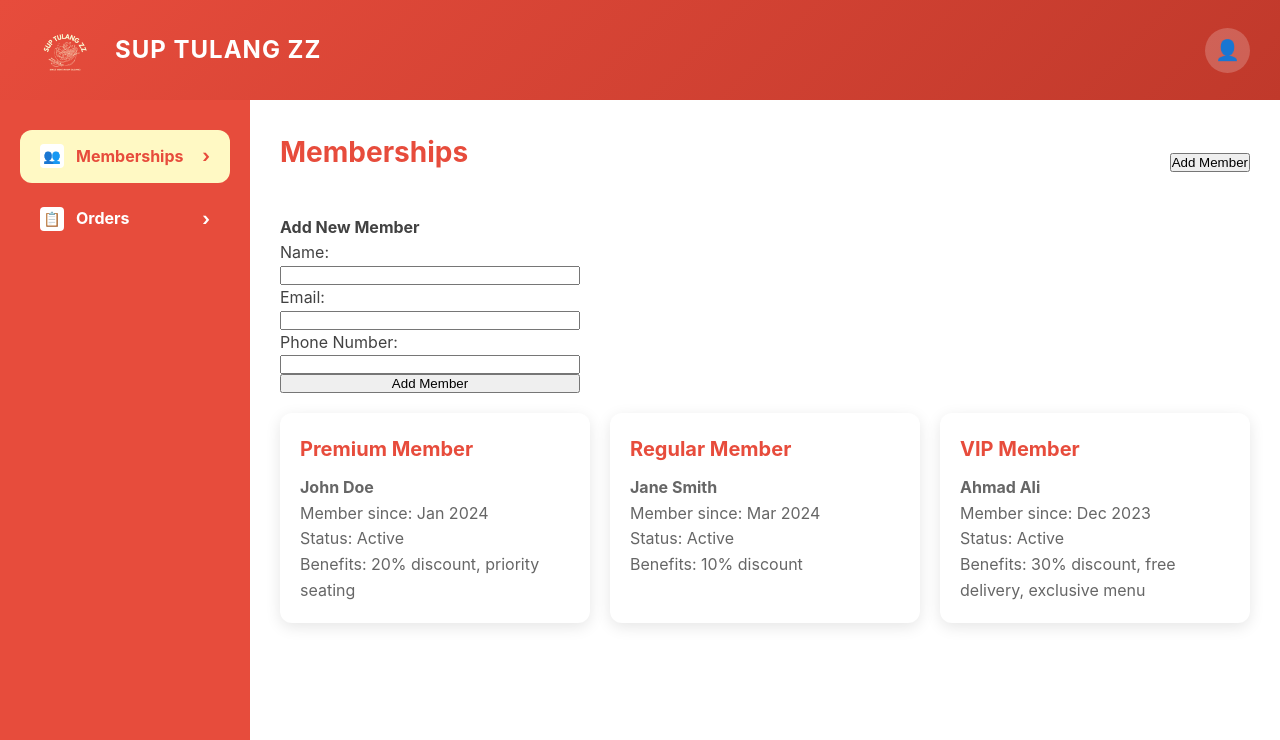
Repository: YIsheng2002/web-frontend
Page: view/Staff/dashboardstaff.html
The author's editor kept a copy of each file at every save. The page is drawn from the files as they stood at one save, then again after the next save.
The browser window is 1280 px wide. The pictures show the whole page.
An inner scrolling area shows only its first screen.

Above is the page before, as saved 2025-06-12 15:45:47.

### view/Staff/dashboardstaff.html
<!DOCTYPE html>
<html lang="en">

<head>
    <meta charset="UTF-8">
    <meta name="viewport" content="width=device-width, initial-scale=1.0">
    <title>SUP TULANG ZZ</title>
    <link rel="stylesheet" href="../Staff/assets/css/main.css">
    <link rel="stylesheet" href="../../assets/css/main.css">
    <link rel="stylesheet" href="./assets/css/dashboardStaff.css">
    <script src="./assets/javascript/dashboardStaff.js"></script>

</head>

<body>
    <!-- Header -->
    <header class="header">
        <div class="logo-section">
            <img src="../../assets/images/logo.png" alt="Logo" class="logo">
            <h1 class="brand-name">SUP TULANG ZZ</h1>
        </div>

        <div class="user-menu">
            <div class="user-avatar" onclick="toggleDropdown()">
                👤
            </div>
            <div class="dropdown-menu" id="userDropdown">
                <a href="#" class="dropdown-item" onclick="showProfile()">
                    👤 Profile
                </a>
                <a href="#" class="dropdown-item" onclick="showSettings()">
                    ⚙️ Settings
                </a>
                <a href="#" class="dropdown-item" onclick="showOrders()">
                    📋 Orders
                </a>
                <a href="#" class="dropdown-item" onclick="showReports()">
                    📊 Reports
                </a>
                <hr style="margin: 8px 0; border: none; border-top: 1px solid #eee;">
                <a href="#" class="dropdown-item danger" onclick="logout()">
                    🚪 Logout
                </a>
            </div>
        </div>
    </header>

    <div class=" dashboard-container">
        <!-- Sidebar -->
        <div class="sidebar">
            <ul class="sidebar-menu">
                <li class="sidebar-item">
                    <a href="#" class="sidebar-link active" onclick="showMembership(event)">
                        <div class="sidebar-icon">👥</div>
                        <span class="sidebar-text">Memberships</span>
                        <span class="sidebar-arrow">›</span>
                    </a>
                </li>
                <li class="sidebar-item">
                    <a href="#" class="sidebar-link" onclick="showOrders(event)">
                        <div class="sidebar-icon">📋</div>
                        <span class="sidebar-text">Orders</span>
                        <span class="sidebar-arrow">›</span>
                    </a>
                </li>
            </ul>
        </div>
        <!-- Main Content -->
        <div class="main-content active" id="membership">
            <div class="membership-header">
                <h3>Memberships</h3>
                <button class="add-member-btn" onclick="addMember()">Add Member</button>
            </div>

            <div id="membershipForm" class="membership-form hidden">
                <h4>Add New Member</h4>
                <form id="addMemberForm">
                    <div class="form-group">
                        <label for="memberName">Name:</label>
                        <input type="text" class="input-size" id="memberName" name="memberName" required>
                    </div>

                    <div class="form-group">
                        <label for="memberEmail">Email:</label>
                        <input type="email" class="input-size" id="memberEmail" name="memberEmail" required>
                    </div>

                    <div class="form-group">
                        <label for="memberphonenumber">Phone Number:</label>
                        <input type="phone number" class="input-size" id="memberphonenumber" name="memberphonenumber"required>
                        <button type="submit" class="input-size">Add Member</button>
                    </div>




                </form>

                <div class="membership-cards">
                    <div class="membership-card">
                        <div class="membership-title">Premium Member</div>
                        <div class="membership-details">
                            <p><strong>John Doe</strong></p>
                            <p>Member since: Jan 2024</p>
                            <p>Status: Active</p>
                            <p>Benefits: 20% discount, priority seating</p>
                        </div>
                    </div>
                    <div class="membership-card">
                        <div class="membership-title">Regular Member</div>
                        <div class="membership-details">
                            <p><strong>Jane Smith</strong></p>
                            <p>Member since: Mar 2024</p>
                            <p>Status: Active</p>
                            <p>Benefits: 10% discount</p>
                        </div>
                    </div>
                    <div class="membership-card">
                        <div class="membership-title">VIP Member</div>
                        <div class="membership-details">
                            <p><strong>Ahmad Ali</strong></p>
                            <p>Member since: Dec 2023</p>
                            <p>Status: Active</p>
                            <p>Benefits: 30% discount, free delivery, exclusive menu</p>
                        </div>
                    </div>
                </div>
            </div>
            <div class="main-content" id="orders">
                <h3>Orders</h3>
                <div class="order-list">
                    <div class="order-item">
                        <span class="order-id">Order #12345</span>
                        <span class="order-status pending">Pending</span>
                    </div>
                    <div class="order-item">
                        <span class="order-id">Order #12346</span>
                        <span class="order-status completed">Completed</span>
                    </div>
                    <div class="order-item">
                        <span class="order-id">Order #12347</span>
                        <span class="order-status pending">Pending</span>
                    </div>
                    <div class="order-item">
                        <span class="order-id">Order #12348</span>
                        <span class="order-status cancelled">Cancelled</span>
                    </div>
                </div>
            </div>

</body>

</html>

### view/Staff/assets/css/main.css
* {
    margin: 0;
    padding: 0;
    box-sizing: border-box;
}

body {
    font-family: -apple-system, BlinkMacSystemFont, 'Segoe UI', Roboto, sans-serif;
    line-height: 1.6;
    color: #333;
    background-color: #f5f5f5;
}

.btn-primary {
    background: linear-gradient(135deg, #667eea 0%, #764ba2 100%);
    color: white;
    border: none;
    padding: 12px 24px;
    border-radius: 8px;
    font-size: 16px;
    font-weight: 600;
    cursor: pointer;
    transition: all 0.3s ease;
    width: 100%;
}

.btn-primary:hover {
    transform: translateY(-2px);
    box-shadow: 0 8px 25px rgba(102, 126, 234, 0.3);
}

.btn-primary:active {
    transform: translateY(0);
}

### assets/css/main.css
:root{
    --primary-color: #DE4345;
    --secondary-color: #F8FAD4;
    --white-color: #FFFFFF;
    --header-font-color: #212121;
    --header6-font-color: #424242;
    --light-red: #FF7877;
}

* {
    margin: 0;
    padding: 0;
    box-sizing: border-box;
}

body {
    font-family: -apple-system, BlinkMacSystemFont, 'Segoe UI', Roboto, sans-serif;
    line-height: 1.6;
    color: var(--header6-font-color);
    background-color: #f5f5f5;
}

.btn-primary {
    background: linear-gradient(135deg, var(--primary-color) 0%, var(--light-red) 100%);
    color: white;
    border: none;
    padding: 12px 24px;
    border-radius: 8px;
    font-size: 16px;
    font-weight: 600;
    cursor: pointer;
    transition: all 0.3s ease;
    width: 100%;
}

.btn-primary:hover {
    transform: translateY(-5px);
    box-shadow: 0 8px 25px rgba(253, 114, 92, 0.22);
}

.btn-primary:active {
    transform: translateY(0);
}

/* Header Styles */
.header {
    background: linear-gradient(135deg, #e74c3c, #c0392b);
    color: white;
    padding: 15px 30px;
    display: flex;
    justify-content: space-between;
    align-items: center;
    box-shadow: 0 2px 10px rgba(0,0,0,0.1);
}

.logo-section {
    display: flex;
    align-items: center;
    gap: 15px;
}

.logo {
    width: 70px;
    height: 70px;
    display: flex;
    align-items: center;
    justify-content: center;
    font-weight: bold;
    font-size: 18px;
}

.brand-name {
    font-size: 28px;
    font-weight: bold;
    letter-spacing: 1px;
}

### view/Staff/assets/css/dashboardStaff.css
/* Reset and Base Styles - Using your main.css */


.brand-name {
    color: white;
    font-size: 24px;
    font-weight: bold;
}

/* User Menu */
.user-menu {
    position: relative;
}

.user-avatar {
    width: 45px;
    height: 45px;
    background: rgba(255, 255, 255, 0.2);
    border-radius: 50%;
    display: flex;
    align-items: center;
    justify-content: center;
    cursor: pointer;
    transition: all 0.3s ease;
    font-size: 20px;
    color: white;
}

.user-avatar:hover {
    background: rgba(255, 255, 255, 0.3);
    transform: scale(1.05);
}

.dropdown-menu {
    position: absolute;
    top: 100%;
    right: 0;
    background: white;
    border-radius: 12px;
    box-shadow: 0 10px 30px rgba(0, 0, 0, 0.15);
    padding: 12px 0;
    min-width: 180px;
    opacity: 0;
    visibility: hidden;
    transform: translateY(-10px);
    transition: all 0.3s ease;
    z-index: 1000;
    margin-top: 10px;
}

.dropdown-menu.show {
    opacity: 1;
    visibility: visible;
    transform: translateY(0);
}

.dropdown-item {
    display: block;
    padding: 12px 20px;
    color: #333;
    text-decoration: none;
    transition: background 0.3s ease;
    display: flex;
    align-items: center;
    gap: 10px;
}

.dropdown-item:hover {
    background: #f8f9fa;
}

.dropdown-item.danger:hover {
    background: #fee;
    color: #e74c3c;
}


/* Main Layout */
.dashboard-container {
    display: flex;
    height: calc(100vh - 80px);
}

/* Sidebar */
.sidebar {
    width: 250px;
    background-color: #e74c3c;
    padding: 20px 0;
}

.sidebar-menu {
    list-style: none;
    padding: 0;
    margin: 0;
}

.sidebar-item {
    margin: 10px 0;
    padding: 0 20px;
}

.sidebar-link {
    display: flex;
    align-items: center;
    justify-content: space-between;
    text-decoration: none;
    padding: 12px 20px;
    font-size: 16px;
    font-weight: bold;
    border-radius: 12px;
    transition: all 0.3s ease;
    color: #fff;
    background-color: transparent;
}

.sidebar-link:hover {
    background-color: rgba(255, 255, 255, 0.1);
}

.sidebar-link.active {
    background-color: #fff9c4;
    color: #e74c3c;
}

.sidebar-icon {
    width: 24px;
    height: 24px;
    margin-right: 12px;
    background: #fff;
    border-radius: 4px;
    display: flex;
    align-items: center;
    justify-content: center;
    font-size: 14px;
}

.sidebar-text {
    flex-grow: 1;
}

.sidebar-arrow {
    font-size: 18px;
    margin-left: 12px;
}

/* Main Content */
.main-content {
    flex: 1;
    padding: 30px;
    background: white;
    overflow-y: auto;
    display: none;
}

.main-content.active {
    display: block;
}

.main-content h3 {
    color: #e74c3c;
    margin-bottom: 20px;
    font-size: 28px;
}

/* Membership Content */
.membership-cards {
    display: grid;
    grid-template-columns: repeat(auto-fit, minmax(300px, 1fr));
    gap: 20px;
    margin-top: 20px;
}

.membership-card {
    background: white;
    border-radius: 12px;
    padding: 20px;
    box-shadow: 0 4px 15px rgba(0, 0, 0, 0.1);
    transition: transform 0.3s ease;
}

.membership-card:hover {
    transform: translateY(-5px);
}

.membership-title {
    font-size: 20px;
    font-weight: bold;
    color: #e74c3c;
    margin-bottom: 10px;
}

.membership-details {
    color: #666;
    line-height: 1.6;
}

/* Orders Content */
.order-list {
    margin-top: 20px;
}

.order-item {
    background: white;
    border-radius: 12px;
    padding: 20px;
    margin-bottom: 15px;
    box-shadow: 0 4px 15px rgba(0, 0, 0, 0.1);
    display: flex;
    justify-content: space-between;
    align-items: center;
    transition: transform 0.3s ease;
}

.order-item:hover {
    transform: translateY(-2px);
}

.order-id {
    font-weight: bold;
    color: #333;
}

.order-status {
    padding: 8px 16px;
    border-radius: 20px;
    font-size: 14px;
    font-weight: bold;
}

.order-status.pending {
    background: #fff3cd;
    color: #856404;
}

.order-status.completed {
    background: #d4edda;
    color: #155724;
}

.order-status.cancelled {
    background: #f8d7da;
    color: #721c24;
}

.membership-header {
    display: flex;
    justify-content: space-between;
    align-items: center;
    margin-bottom: 20px;
}

.add-membership-btn {
    background-color: #e74c3c;
    color:white;
    padding: 10px 20px;
    border: none;
    border-radius: 8px;
    font-size: 14px;
    font-weight: bold;
    cursor: pointer;
    transition: background-color 0.3s ease;
    float: right; /* This makes it right-aligned */
    margin-bottom: 20px;

}
.add-membership-btn:hover {
    background-color: #cf4436; /* slightly darker on hover */
}

.add-membership-btn:active {
    transform: translateY(1px);
}

.form-group {
    display: flex;
    flex-direction: column;
}
.input-size {
    width: 300px;
}


/* Responsive Design */
@media (max-width: 768px) {
    .dashboard-container {
        flex-direction: column;
    }

    .sidebar {
        width: 100%;
        height: auto;
        padding: 10px 0;
    }

    .sidebar-menu {
        display: flex;
        overflow-x: auto;
    }

    .sidebar-item {
        flex: 0 0 auto;
        margin: 0 5px;
    }

    .main-content {
        padding: 20px;
    }

    .membership-cards {
        grid-template-columns: 1fr;
    }
}

### view/Staff/assets/javascript/dashboardStaff.js
// Dropdown functionality
function toggleDropdown() {
    const dropdown = document.getElementById('userDropdown');
    dropdown.classList.toggle('show');
}

// Close dropdown when clicking outside
document.addEventListener('click', function (event) {
    const userMenu = document.querySelector('.user-menu');
    const dropdown = document.getElementById('userDropdown');

    if (!userMenu.contains(event.target)) {
        dropdown.classList.remove('show');
    }
});

// Page navigation
function showPage(pageId, clickedElement) {
    // Hide all pages
    document.querySelectorAll('.main-content').forEach(page => {
        page.classList.remove('active');
    });

    // Show selected page
    const targetPage = document.getElementById(pageId);
    if (targetPage) {
        targetPage.classList.add('active');
    }

    // Remove active class from all sidebar links
    document.querySelectorAll('.sidebar-link').forEach(link => {
        link.classList.remove('active');
    });

    // Add active class to clicked element
    if (clickedElement) {
        clickedElement.classList.add('active');
    }
}

// Sidebar navigation functions
function showMembership(event) {
    event.preventDefault();
    showPage('membership', event.currentTarget);
}

function showOrders(event) {
    event.preventDefault();
    showPage('orders', event.currentTarget);
}

// User menu actions
function showProfile() {
    alert('Profile page - Coming soon!');
    toggleDropdown();
}

function showSettings() {
    alert('Settings page - Coming soon!');
    toggleDropdown();
}

function showOrdersFromDropdown() {
    showPage('orders');
    // Also update sidebar active state
    document.querySelectorAll('.sidebar-link').forEach(link => {
        link.classList.remove('active');
    });
    const ordersLink = document.querySelector('[onclick="showOrders(event)"]');
    if (ordersLink) {
        ordersLink.classList.add('active');
    }
    toggleDropdown();
}

function showReports() {
    alert('Reports page - Coming soon!');
    toggleDropdown();
}

function logout() {
    if (confirm('Are you sure you want to logout?')) {
        alert('Logged out successfully!');
        // Add your logout logic here
        // For example: window.location.href = '/login.html';
    }
    toggleDropdown();
}

// Initialize dashboard when page loads
document.addEventListener('DOMContentLoaded', function() {
    console.log('Dashboard loaded successfully!');

    // You can add any initialization code here
    // For example, loading data from API, setting up event listeners, etc.
});

// Utility function to add new membership card
function addMembershipCard(memberData) {
    const membershipCards = document.querySelector('.membership-cards');
    const cardHTML = `
        <div class="membership-card">
            <div class="membership-title">${memberData.type} Member</div>
            <div class="membership-details">
                <p><strong>${memberData.name}</strong></p>
                <p>Member since: ${memberData.joinDate}</p>
                <p>Status: ${memberData.status}</p>
                <p>Benefits: ${memberData.benefits}</p>
            </div>
        </div>
    `;
    membershipCards.insertAdjacentHTML('beforeend', cardHTML);
}

// Utility function to add new order
function addOrderItem(orderData) {
    const orderList = document.querySelector('.order-list');
    const orderHTML = `
        <div class="order-item">
            <span class="order-id">Order #${orderData.id}</span>
            <span class="order-status ${orderData.status.toLowerCase()}">${orderData.status}</span>
        </div>
    `;
    orderList.insertAdjacentHTML('beforeend', orderHTML);
}

function handleAddMember(){
    const form = document.getElementById('addMemberForm');
    form.style.display = form.style.display === "none" ? "block" : "none";

}

// Example usage:
// addMembershipCard({
//     type: 'Gold',
//     name: 'Sarah Johnson',
//     joinDate: 'May 2024',
//     status: 'Active',
//     benefits: '25% discount, free appetizer'
// });

// addOrderItem({
//     id: '12349',
//     status: 'Completed'
// });

After the next save:
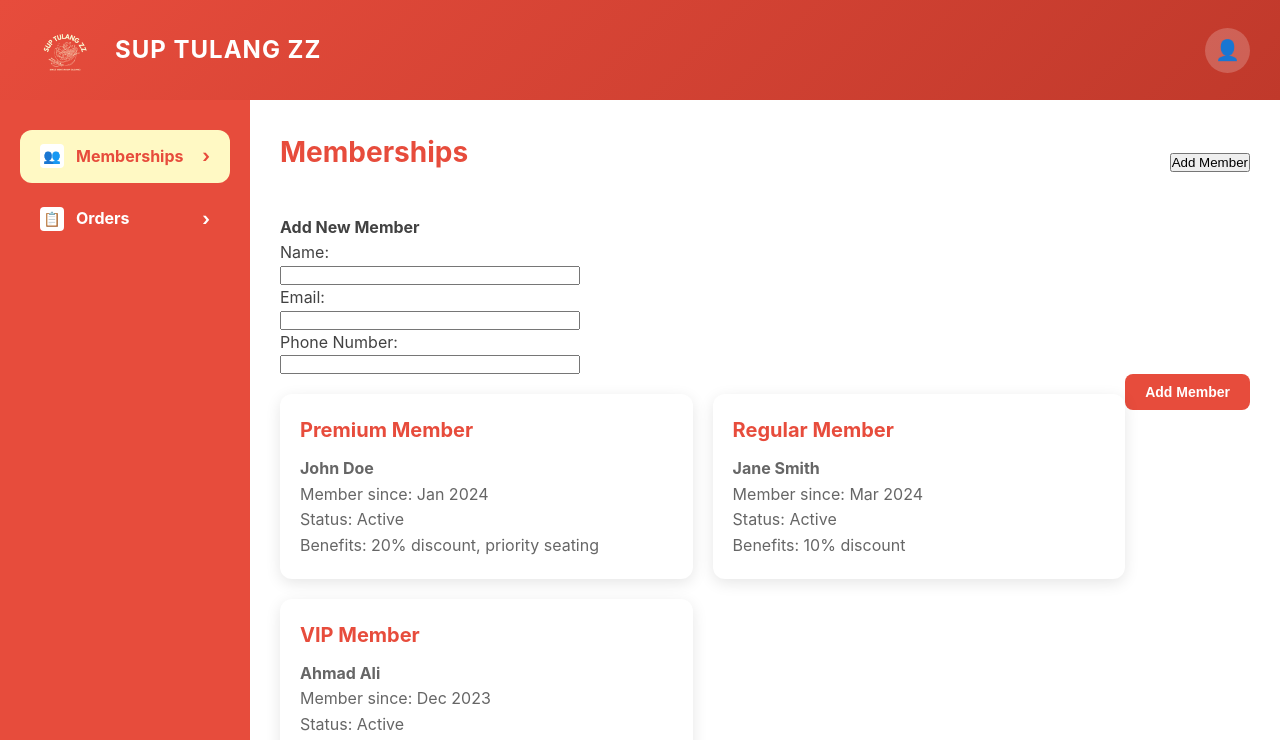
Saved 56 s later.
--- a/view/Staff/dashboardstaff.html
+++ b/view/Staff/dashboardstaff.html
@@ -88,10 +88,8 @@
                     <div class="form-group">
                         <label for="memberphonenumber">Phone Number:</label>
                         <input type="phone number" class="input-size" id="memberphonenumber" name="memberphonenumber"required>
-                        <button type="submit" class="input-size">Add Member</button>
                     </div>
-
-
+                    <button type="submit" class="add-membership-btn">Add Member</button>
 
 
                 </form>
